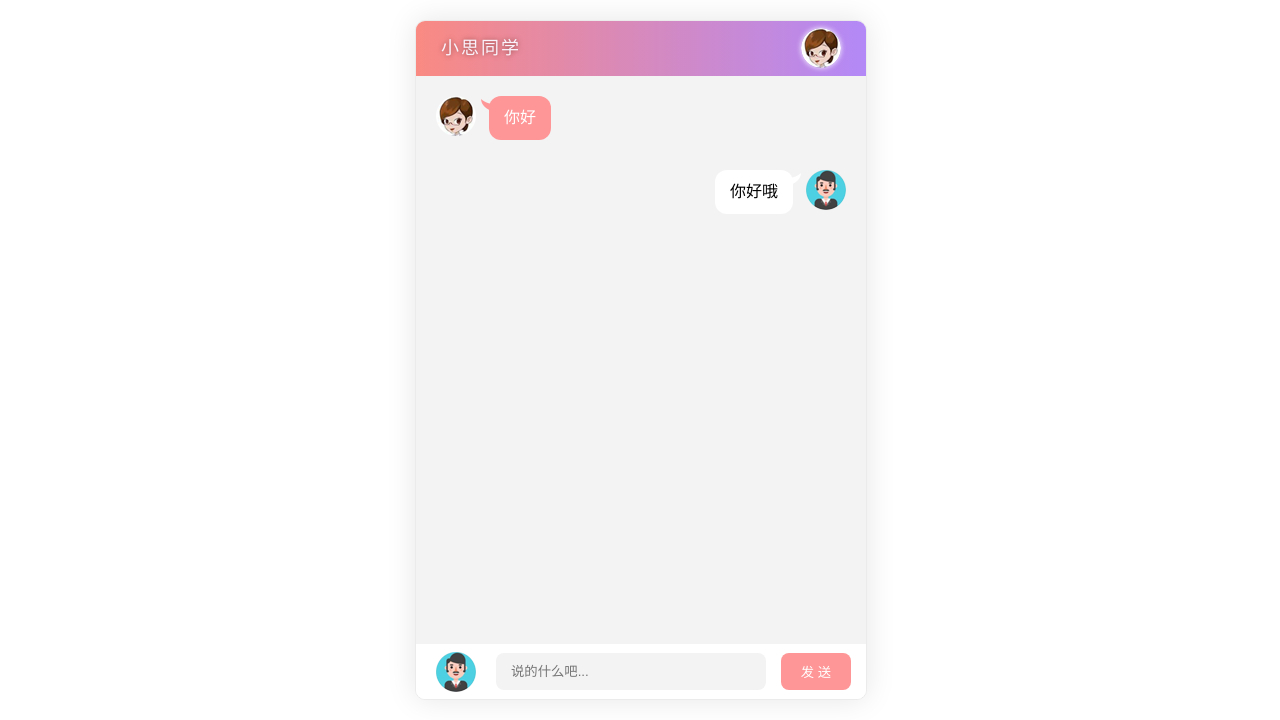
Repository: Bluesouls/eliauk.github.io
Page: Ajax学习笔记/day01/code/聊天机器人/聊天机器人.html
The author's editor kept a copy of each file at every save. The page is drawn from the files as they stood at one save, then again after the next save.
The browser window is 1280 px wide. The pictures show the whole page.

Above is the page before, as saved 2022-04-29 17:08:36.

### Ajax学习笔记/day01/code/聊天机器人/聊天机器人.html
 <!DOCTYPE html>
 <html lang="en">

 <head>
   <meta charset="UTF-8" />
   <meta name="viewport" content="width=device-width, initial-scale=1.0" />
   <meta http-equiv="X-UA-Compatible" content="ie=edge" />
   <link rel="stylesheet" href="css/reset.css" />
   <link rel="stylesheet" href="css/main.css" />
   <script type="text/javascript" src="js/jquery-1.12.4.min.js"></script>
   <script type="text/javascript" src="js/jquery-ui.min.js"></script>
   <script type="text/javascript" src="js/jquery.mousewheel.js"></script>
   <title>聊天机器人</title>
 </head>

 <body>
   <div class="wrap">
     <!-- 头部 Header 区域 -->
     <div class="header">
       <h3>小思同学</h3>
       <img src="img/person01.png" alt="icon" />
     </div>
     <!-- 中间 聊天内容区域 -->
     <div class="main">
       <ul class="talk_list" style="top: 0px;" id="talk_list">
         <li class="left_word">
           <img src="img/person01.png" /> <span>你好</span>
         </li>
         <li class="right_word">
           <img src="img/person02.png" /> <span>你好哦</span>
         </li>
       </ul>
       <div class="drag_bar" style="display: none;">
         <div class="drager ui-draggable ui-draggable-handle" style="display: none; height: 412.628px;"></div>
       </div>
     </div>
     <!-- 底部 消息编辑区域 -->
     <div class="footer">
       <img src="img/person02.png" alt="icon" />
       <input type="text" placeholder="说的什么吧..." class="input_txt" id="content" />
       <input type="button" value="发 送" class="input_sub" id="btnsend" />
     </div>
   </div>
   <script type="text/javascript" src="js/scroll.js"></script>
   <script src="./js/chat.js"></script>
 </body>

 </html>

### Ajax学习笔记/day01/code/聊天机器人/css/main.css
body {
    font-family: 'Microsoft YaHei';
}
.wrap {
    position: fixed;
    width: 450px;
    left: 50%;
    margin-left: -225px;
    top: 20px;
    bottom: 20px;
    border: 1px solid #ebebeb;
    background-color: #fff;
    border-radius: 10px;
    box-shadow: 0 0 30px rgba(0, 0, 0, 0.1);
    overflow: hidden;
}
.header {
    height: 55px;
    background: linear-gradient(90deg, rgba(246, 60, 47, 0.6), rgba(128, 58, 242, 0.6));
    overflow: hidden;
}
.header h3 {
    color: #faf3fc;
    line-height: 55px;
    font-weight: normal;
    float: left;
    letter-spacing: 2px;
    margin-left: 25px;
    font-size: 18px;
    text-shadow: 0px 0px 5px #944846;
}
.header img {
    float: right;
    margin: 7px 25px 0 0;
    border-radius: 20px;
    box-shadow: 0 0 5px #f7f2fe;
}
.main {
    position: absolute;
    left: 0;
    right: 0;
    top: 55px;
    bottom: 55px;
    background-color: #f4f3f3;
    box-sizing: border-box;
    padding: 10px 0;
    overflow:hidden;
}
.talk_list{
    position: absolute;
    width:100%;
    left:0px;
    top:0px;
}
.talk_list li {
    overflow: hidden;
    margin: 20px 0px 30px;
}
.talk_list .left_word img {
    float: left;
    margin-left: 20px;
}
.talk_list .left_word span {
    float: left;
    background-color: #fe9697;
    padding: 10px 15px;
    max-width: 290px;
    border-radius: 12px;
    font-size: 16px;
    color: #fff;
    margin-left: 13px;
    position: relative;
    line-height: 24px;
}
.talk_list .left_word span:before {
    content: '';
    position: absolute;
    left: -8px;
    top: 3px;
    width: 13px;
    height: 12px;
    background: url('../img/corner01.png') no-repeat;
}
.talk_list .right_word img {
    float: right;
    margin-right: 20px;
}
.talk_list .right_word span {
    float: right;
    background-color: #fff;
    padding: 10px 15px;
    max-width: 290px;
    border-radius: 12px;
    font-size: 16px;
    color: #000;
    margin-right: 13px;
    position: relative;
    line-height: 24px;
}
.talk_list .right_word span:before {
    content: '';
    position: absolute;
    right: -8px;
    top: 3px;
    width: 13px;
    height: 12px;
    background: url('../img/corner02.png') no-repeat;
}
.drag_bar{
    position:absolute;
    right:0px;
    top:0px;
    background-color: #fff;
    height:100%;
    width:6px;
    box-sizing:border-box;
    border-bottom:1px solid #f4f3f3;
}
.drager{
    position:absolute;
    left:0px;
    top:0px;
    background-color: #cdcdcd;
    height:100px;
    width:6px;
    border-radius:3px;
    cursor: pointer;
}

.footer{
    width:100%;
    height: 55px;
    left:0px;
    bottom:0px;
    background-color:#fff;
    position: absolute;
}

.footer img{
    float: left;
    margin:8px 0 0 20px;
}

.input_txt{
    float: left;
    width:270px;
    height:37px;
    border:0px;
    background-color: #f4f3f3;
    margin:9px 0 0 20px;
    border-radius:8px;
    padding:0px;
    outline:none;
    text-indent:15px;
}
.input_sub{
    float: left;
    width:70px;
    height:37px;
    border:0px;
    background-color: #fe9697;
    margin:9px 0 0 15px;
    border-radius:8px;
    padding:0px;
    outline:none;
    color:#fff;
    cursor: pointer;
}

### Ajax学习笔记/day01/code/聊天机器人/js/scroll.js
$(function () {
    var $main = $('.main');
    var $list = $('.talk_list');
    var $drager = $('.drager');
    var $mainh = $main.outerHeight(false);
    var $listh = $list.outerHeight(false);

    var $rate = $mainh / $listh;
    var $dragh = $mainh * $rate;
    var $top = 0;
    $drager.css({ 'height': $dragh });

    $drager.draggable({
        containment: "parent",
        drag: function (ev, ui) {
            $top = ui.position.top;
            $list.css({ 'top': -$top / $rate });
        }
    });

    $(window).resize(function () {
        resetui();
    });

    //var timer = null;
    var flag = false;

    $main.mousewheel(function(ev,delta){
        //console.log(delta);
        //clearTimeout(timer);
        //timer = setTimeout(function(){
            // 向上滚动正值，向下滚动负值
        if(flag){
            return;
        }

        flag = true;

        setTimeout(function(){
            flag = false;
        },300);

        if($listh <= $mainh){
            return;
        }else{
            if(delta>0){
                $top = $top-60;
                if($top<0){
                    $top=0;
                }
                $drager.animate({ 'top': $top },200);
                $list.animate({ 'top': -$top / $rate },200);
            }else{
                $top = $top+60;
                if($top>($mainh-$dragh)){
                    $top=parseInt($mainh-$dragh);
                }
                $drager.animate({ 'top': $top },200);
                $list.animate({ 'top': -parseInt($top / $rate) },200);
            }
        }

        //},300);
    });
    if ($listh <= $mainh) {
        $('.drag_bar').hide();
        $('.drager').hide();
    }

    function resetui(){
        $mainh = $main.outerHeight(false);
        $listh = $list.outerHeight(false);
        $rate = $mainh / $listh;
        $dragh = $mainh * $rate;
        $drager.css({ 'height': $dragh });

        if ($listh <= $mainh) {
            $('.drag_bar').hide();
            $drager.hide();
            $list.css({ 'top':0 });
        } else {
            $('.drag_bar').show();
            $drager.show();
            $drager.css({ 'top': $mainh-$dragh });
            $list.css({ 'top': -($listh-$mainh) });
        }
    }

    window.resetui = resetui;
})

### Ajax学习笔记/day01/code/聊天机器人/js/chat.js
$(function () {
  // 初始化右侧滚动条
  // 这个方法定义在scroll.js中
  resetui()

  //为发送按钮绑定鼠标点击事件
  $('#btnsend').click(function () {
    // alert('123')
    var content = $('#content').val().trim()

    //如果用户输入了聊天内容，则将聊天内容追加到页面上显示
    $('#talk_list').append('<li class="right_word"><img src="img/person02.png" /> <span>' +
      content + '</span+></li>')
    $('#content').val('')
    //重置滚动条位置
    resetui()
  })
})

Loaded but not shown: Ajax学习笔记/day01/code/聊天机器人/css/reset.css (common file); Ajax学习笔记/day01/code/聊天机器人/js/jquery-1.12.4.min.js (library); Ajax学习笔记/day01/code/聊天机器人/js/jquery-ui.min.js (library); Ajax学习笔记/day01/code/聊天机器人/js/jquery.mousewheel.js (library)

After the next save:
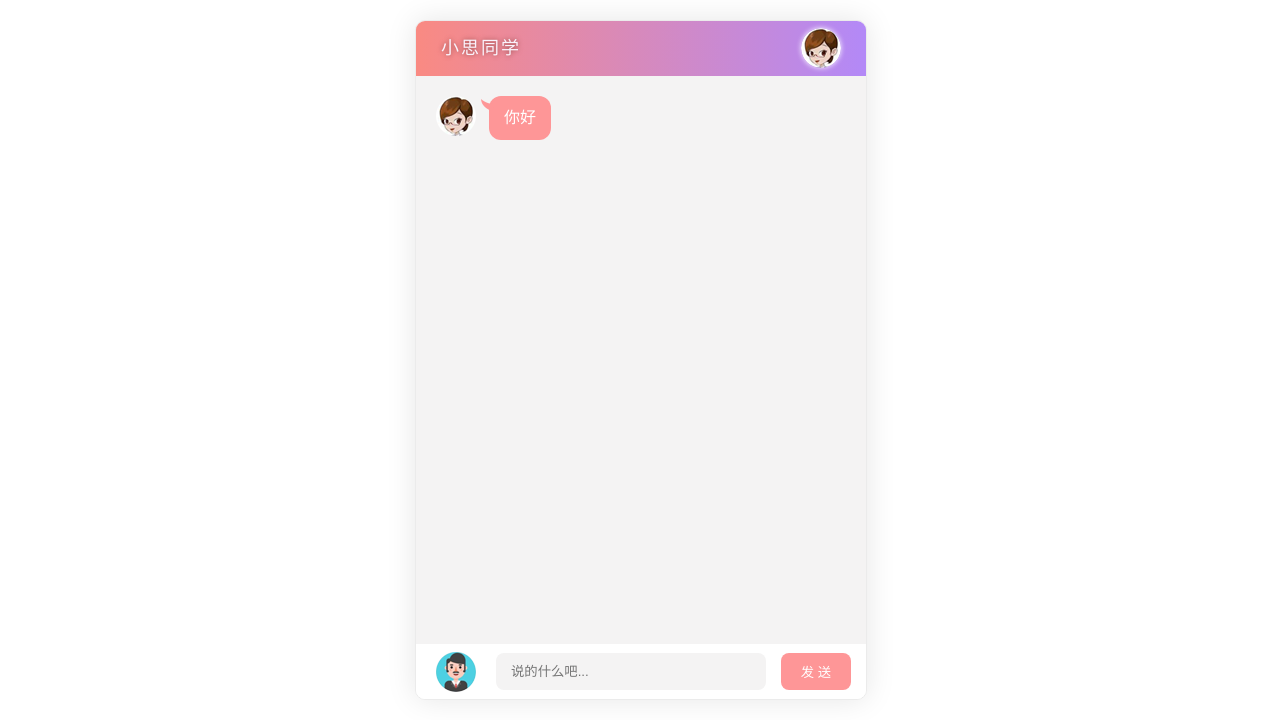
Saved 43 s later.
--- a/Ajax学习笔记/day01/code/聊天机器人/聊天机器人.html
+++ b/Ajax学习笔记/day01/code/聊天机器人/聊天机器人.html
@@ -26,9 +26,9 @@
          <li class="left_word">
            <img src="img/person01.png" /> <span>你好</span>
          </li>
-         <li class="right_word">
+         <!-- <li class="right_word">
            <img src="img/person02.png" /> <span>你好哦</span>
-         </li>
+         </li> -->
        </ul>
        <div class="drag_bar" style="display: none;">
          <div class="drager ui-draggable ui-draggable-handle" style="display: none; height: 412.628px;"></div>
